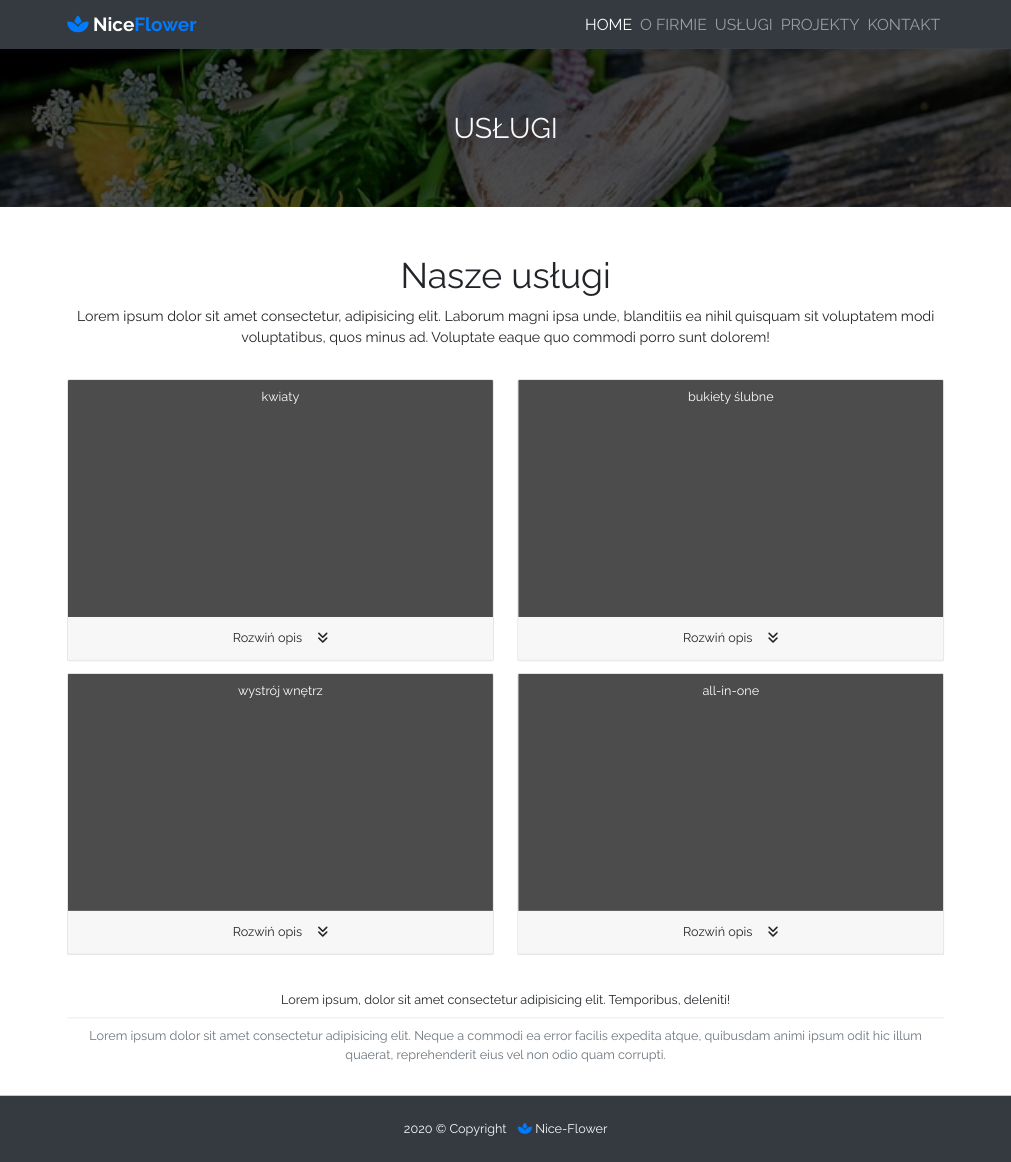
Repository: KrzysKolo/Projekt-13_Kwiaciarnia
Page: services.html
The author's editor kept a copy of each file at every save. The page is drawn from the files as they stood at one save, then again after the next save.
The browser window is 1280 px wide. The pictures show the whole page, at 79% of full size.
Some web libraries are served in a nearby version.

Above is the page before, as saved 2020-08-11 11:05:15.

After the next save:
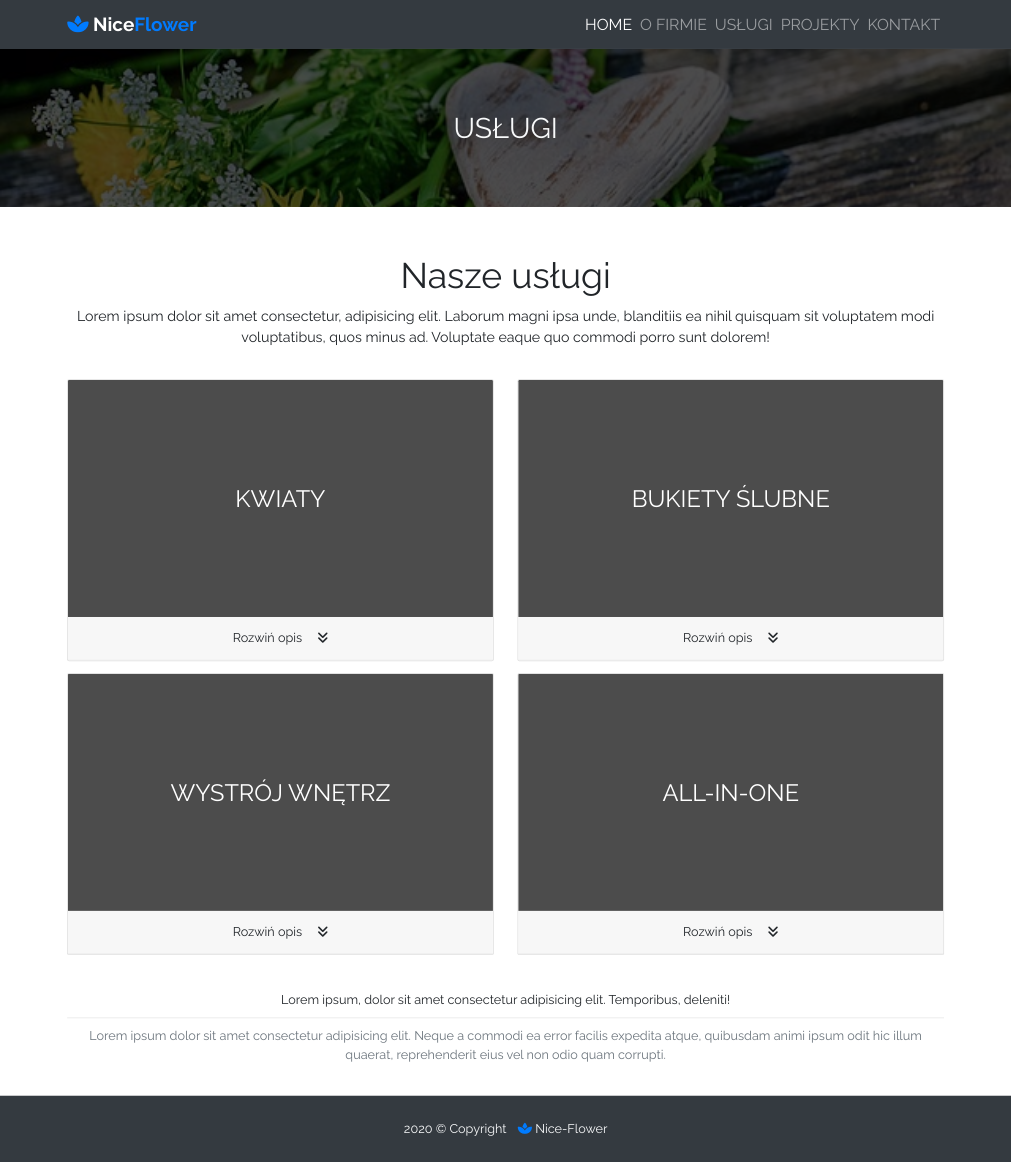
Saved 2 min 22 s later.
--- a/style.css
+++ b/style.css
@@ -157,6 +157,13 @@ header {
   background-size: cover;
   z-index: 0;
 }
+.service-hero-box p {
+  display: flex;
+  justify-content: center;
+  align-items: center;
+  font-size: 3rem;
+  text-transform: uppercase;
+}
 /* ----------- */
 /*    footer   */
 /* ----------- */
